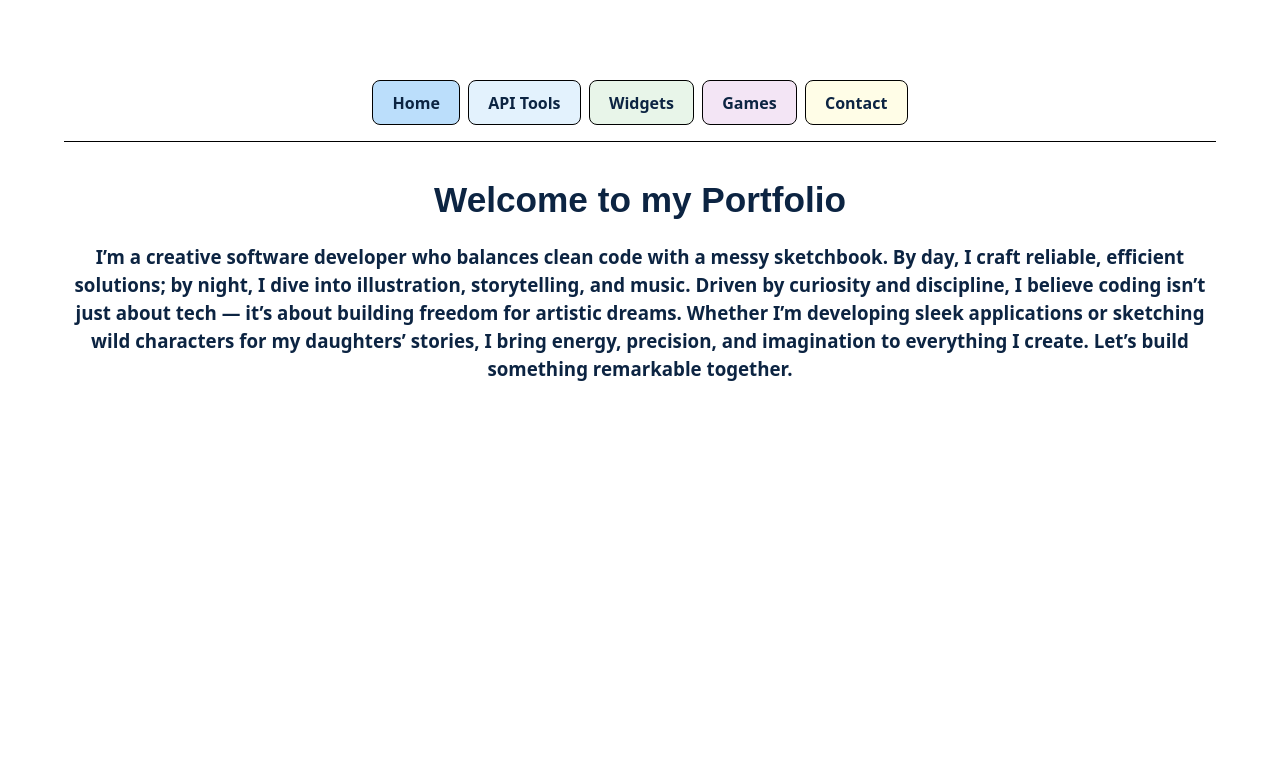
Repository: ourshadetree/TimPortfolio
Page: /
The author's editor kept a copy of each file at every save. The page is drawn from the files as they stood at one save, then again after the next save.
The browser window is 1280 px wide. The pictures show the whole page.
The project was rebuilt for these pictures with package versions that can differ from the ones it lists, and the page was loaded fresh each time. Also part of the build but not shown: vite.config.js, src/components/MovieApi.vue, src/components/WeatherApi.vue, src/views/ApiTools.vue, src/components/Calculator.vue, src/components/UnitConverter.vue, src/views/Widgets.vue, src/components/RockPaperScissors.vue and 3 more. Imported but missing from the stored project, and not drawn on this page: src/assets/CurrentResumeTimSB.pdf.

Above is the page before, as saved 2025-05-07 14:19:16.

### src/main.js
// src/main.js
import { createApp } from 'vue'
import App        from './App.vue'
import { router } from './router'
import './assets/style.css'         // your reset / base styles

createApp(App)
  .use(router)
  .mount('#app')

### src/App.vue
<!-- src/App.vue -->
<template>
  <div id="app">
    <header>
      <nav>
        <router-link to="/"       class="tab tab--home">Home</router-link>
        <router-link to="/api-tools" class="tab tab--api">API Tools</router-link>
        <router-link to="/widgets"   class="tab tab--widgets">Widgets</router-link>
        <router-link to="/games"     class="tab tab--games">Games</router-link>
        <router-link to="/contact"   class="tab tab--contact">Contact</router-link>
      </nav>
    </header>
    <main>
      <router-view/>
    </main>
  </div>
</template>


<script setup>
// no script needed here yet
</script>

<style>
#app {
  background: white;
  min-height: 100vh;
}

/* header/nav styling */
header {
  padding: 1rem;
  border-bottom: 1px solid black;
  text-align: center;
}
nav {
  display: inline-flex;
  gap: 0.5rem;
}
nav a {
  padding: 0.5rem 1rem;
  border: 1px solid black;
  border-radius: 8px;
  background: #FDEFF9; /* pastel pink */
  color: #0C2442;
  text-decoration: none;
  font-weight: bold;
}
nav a.router-link-active {
  background: yellow; /* pastel blue when active */
}

/* base tab style */
.tab {
  padding: 0.6rem 1.2rem;
  border: 1px solid #000;
  border-radius: 8px;
  text-decoration: none;
  font-weight: bold;
  color: #0C2442;
  transition: opacity .2s;
}
.tab:hover {
  opacity: 0.8;
}

/* pastel colours for each */
.tab--home     { background: #FFEBEE; } /* very light pink */
.tab--api      { background: #E3F2FD; } /* very light blue */
.tab--widgets  { background: #E8F5E9; } /* very light green */
.tab--games    { background: #F3E5F5; } /* very light purple */
.tab--contact  { background: #FFFDE7; } /* very light yellow */

</style>

### src/router/index.js
// src/router/index.js
import { createRouter, createWebHistory } from 'vue-router'
import HomeView    from '../views/HomeView.vue'
import ApiTools    from '../views/ApiTools.vue'
import Widgets     from '../views/Widgets.vue'
import Games       from '../views/Games.vue'
import Contact     from '../views/Contact.vue'

const routes = [
  { path: '/',           name: 'Home',      component: HomeView },
  { path: '/api-tools',   name: 'API Tools', component: ApiTools },
  { path: '/widgets',     name: 'Widgets',   component: Widgets },
  { path: '/games',       name: 'Games',     component: Games },
  { path: '/contact',     name: 'Contact',   component: Contact },
]

export const router = createRouter({
  history: createWebHistory(),
  routes,
})

### src/assets/style.css
/* ------------------------------------------------------------------------
   src/assets/style.css
   ————————————————————————————————————————————————————————————————
   1) Reset / base
   2) Layout (#app, header/nav)
   3) Typography (h1)
   4) Tabs (.tab, .tab--*)
   5) Buttons, links, etc.
   ------------------------------------------------------------------------ */

/* 1) -------- Reset / Base -------- */
:root {
  /* overall color scheme */
  background-color: #ffffff;
  color: #0C2442; /* dark blue text */
  font-family: Karla, system-ui, sans-serif;
  line-height: 1.5;
}

*,
*::before,
*::after {
  box-sizing: border-box;
  margin: 0;
  padding: 0;
}

/* 2) --------#app & header/nav layout -------- */
#app {
  max-width: 1280px;
  margin: 0 auto;
  padding: 2rem;
  text-align: center;
  background: white;
  min-height: 100vh;
}

header {
  padding-bottom: 1rem;
  border-bottom: 1px solid black;
  margin-bottom: 2rem;
}

nav {
  display: inline-flex;
  gap: 0.5rem;
}

/* 3) -------- Typography -------- */
#app h1 {
  font-family: 'Sora', sans-serif;
  font-size: 2.2rem;
  font-weight: 900;
  margin: 1rem 0;
}

/* 4) -------- Tabs -------- */
.tab {
  display: inline-block;
  padding: 0.6rem 1.2rem;
  border: 1px solid black;
  border-radius: 8px;
  text-decoration: none;
  font-weight: bold;
  color: #0C2442;
  transition: opacity 0.2s;
}
.tab:hover {
  opacity: 0.8;
}

/* Pastel for each */
.tab--home     { background: #FFEBEE; } /* very light pink */
.tab--api      { background: #E3F2FD; } /* very light blue */
.tab--widgets  { background: #E8F5E9; } /* very light green */
.tab--games    { background: #F3E5F5; } /* very light purple */
.tab--contact  { background: #FFFDE7; } /* very light yellow */

/* Active tab override */
.router-link-active {
  /* pastel‑blue highlight for whichever is active */
  background: #BBDEFB !important;
}

/* 5) -------- Buttons & Links -------- */
button {
  border-radius: 8px;
  border: 1px solid black;
  padding: 0.6rem 1.2rem;
  font: inherit;
  background: #f0f0f0;
  cursor: pointer;
  transition: background 0.2s;
}
button:hover {
  background: #e0e0e0;
}

a {
  color: inherit;
  text-decoration: none;
}

### src/views/HomeView.vue
<!-- src/views/HomeView.vue -->
<template>
    <section>
        <h1>Welcome to my Portfolio</h1>
    </section>
    <h3 id="aboutMe">
        I’m a creative software developer who balances clean code with a messy sketchbook. By day, I craft reliable, efficient solutions; by night, I dive into illustration, storytelling, and music. Driven by curiosity and discipline, I believe coding isn’t just about tech — it’s about building freedom for artistic dreams. Whether I’m developing sleek applications or sketching wild characters for my daughters’ stories, I bring energy, precision, and imagination to everything I create. Let’s build something remarkable together.
    </h3>
</template>

<script setup>

</script>


<style scoped></style>

Loaded but not shown: index.html (common file)

After the next save:
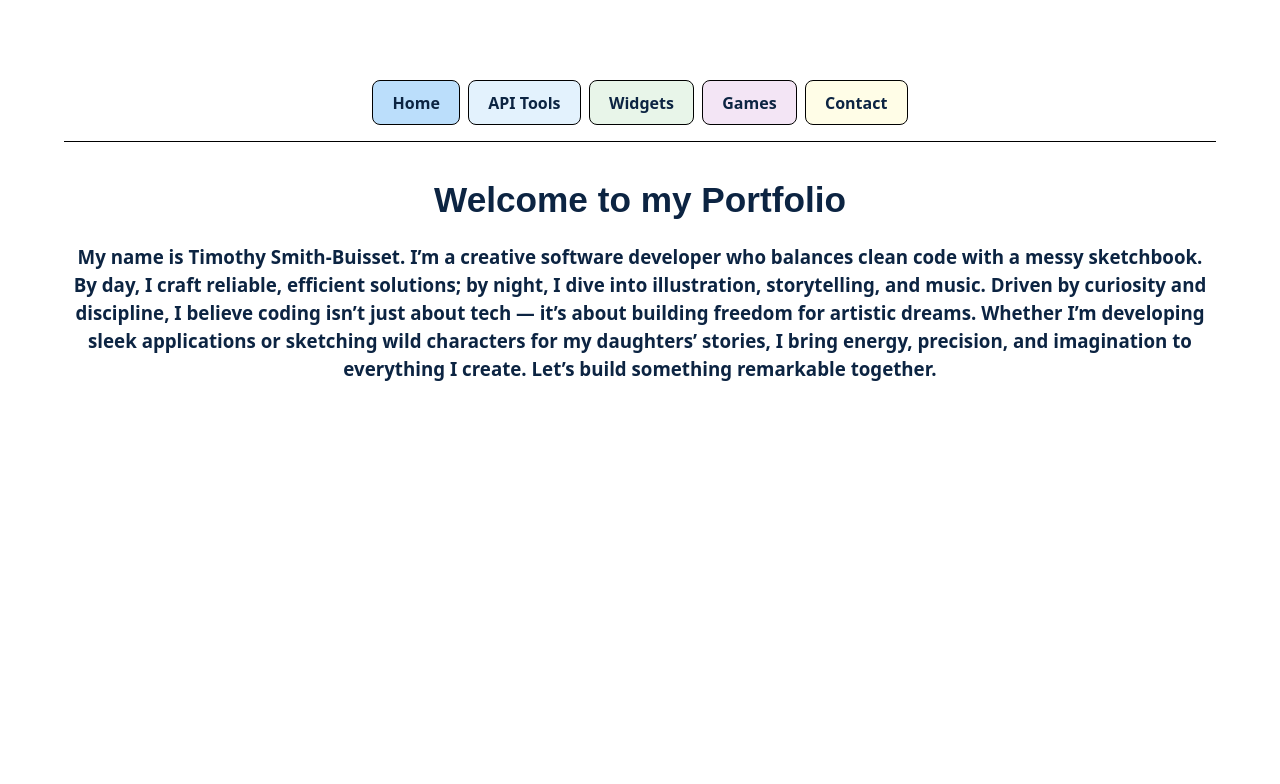
Saved 60 s later.
--- a/src/views/HomeView.vue
+++ b/src/views/HomeView.vue
@@ -4,7 +4,7 @@
         <h1>Welcome to my Portfolio</h1>
     </section>
     <h3 id="aboutMe">
-        I’m a creative software developer who balances clean code with a messy sketchbook. By day, I craft reliable, efficient solutions; by night, I dive into illustration, storytelling, and music. Driven by curiosity and discipline, I believe coding isn’t just about tech — it’s about building freedom for artistic dreams. Whether I’m developing sleek applications or sketching wild characters for my daughters’ stories, I bring energy, precision, and imagination to everything I create. Let’s build something remarkable together.
+        My name is Timothy Smith-Buisset. I’m a creative software developer who balances clean code with a messy sketchbook. By day, I craft reliable, efficient solutions; by night, I dive into illustration, storytelling, and music. Driven by curiosity and discipline, I believe coding isn’t just about tech — it’s about building freedom for artistic dreams. Whether I’m developing sleek applications or sketching wild characters for my daughters’ stories, I bring energy, precision, and imagination to everything I create. Let’s build something remarkable together.
     </h3>
 </template>
 
